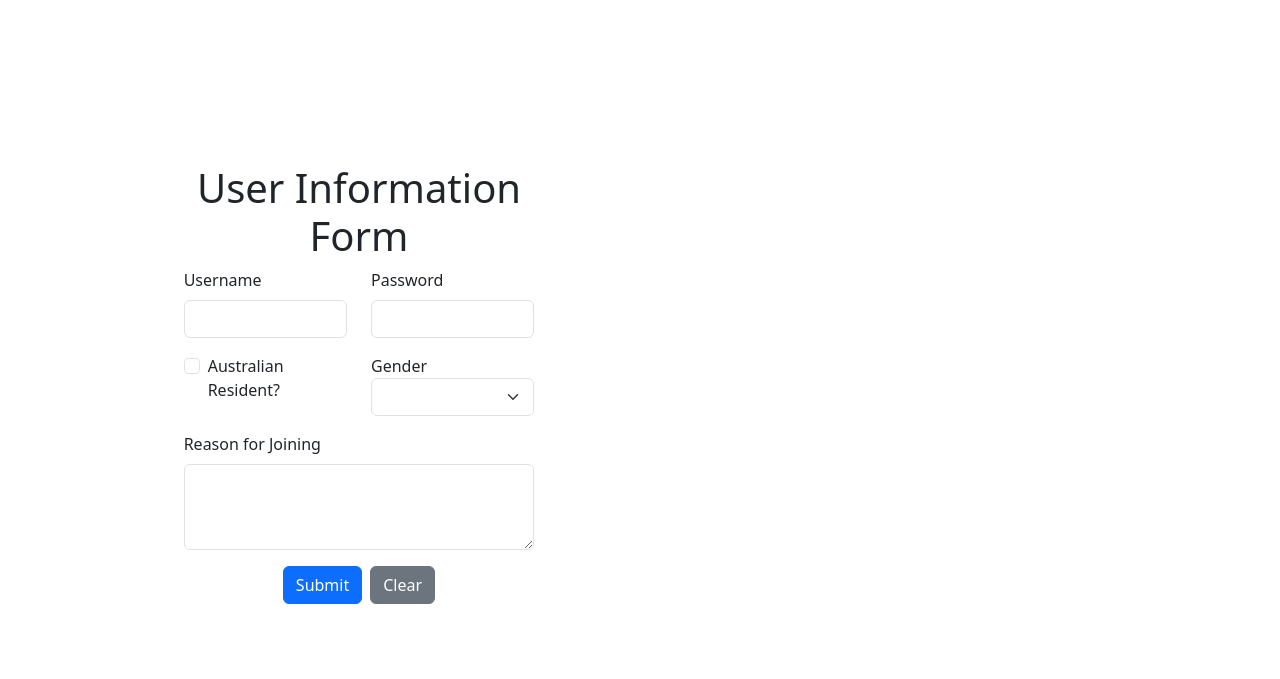
Repository: Andrew-JX/mji-library
Page: /
The author's editor kept a copy of each file at every save. The page is drawn from the files as they stood at one save, then again after the next save.
The browser window is 1280 px wide. The pictures show the whole page.
The project was rebuilt for these pictures with package versions that can differ from the ones it lists, and the page was loaded fresh each time. Also part of the build but not shown: vite.config.js, src/components/JSON.vue.

Above is the page before, as saved 2025-08-12 00:57:50.

### src/main.js
import './assets/main.css'
// import './style.css'
import 'bootstrap/dist/css/bootstrap.min.css'
import { createApp } from 'vue'
import App from './App.vue'

createApp(App).mount('#app')

### src/App.vue
<script setup>
import JSONView from "./components/JSON.vue";
import Form from "./components/Form.vue";
</script>

<template>
  <!-- <JSONView /> -->
  <Form />
</template>

<style scoped>
header {
  line-height: 1.5;
}

.logo {
  display: block;
  margin: 0 auto 2rem;
}

@media (min-width: 1024px) {
  header {
    display: flex;
    place-items: center;
    padding-right: calc(var(--section-gap) / 2);
  }

  .logo {
    margin: 0 2rem 0 0;
  }

  header .wrapper {
    display: flex;
    place-items: flex-start;
    flex-wrap: wrap;
  }
}
</style>

### src/components/Form.vue
<!-- src/components/Form.vue -->
<template>
  <div class="container mt-5">
    <div class="row">
      <div class="col-md-8 offset-md-2">
        <h1 class="text-center">User Information Form</h1>
        <form @submit.prevent="submitForm">

          <div class="row mb-3">
            <div class="col-md-6">
              <label for="username" class="form-label">Username</label>
              <input type="text" class="form-control" id="username" v-model="formData.username">
            </div>

            <div class="col-md-6">
              <label for="password" class="form-label">Password</label>
              <input type="password" class="form-control" id="password" v-model="formData.password">
            </div>
          </div>

          <div class="row mb-3">
            <div class="col-md-6">
              <div class="form-check">
                <input type="checkbox" class="form-check-input" id="isAustralian" v-model="formData.isAustralian">
                <label class="form-check-label" for="isAustralian">Australian Resident?</label>
              </div>
            </div>
            <div class="col-md-6">
              <label for="gender" class="form-Label">Gender</label>
              <select class="form-select" id="gender" v-model="formData.gender">
                <option value="male">Male</option>
                <option value="female">Female</option>
                <option value="other">Other</option>
              </select>
            </div>
          </div>
          <div class="mb-3">
            <label for="reason" class="form-label">Reason for Joining</label>
            <textarea class="form-control" id="reason" rows="3" v-model="formData.reason"></textarea>
          </div>
          <div class="text-center">
            <button type="submit" class="btn btn-primary me-2">Submit</button>
            <button type="button" class="btn btn-secondary" @click="clearForm">Clear</button>
          </div>
        </form>
        <div class="row mt-5" v-if="submittedCards.length">
          <div class="d-flex flex-wrap justify-content-start">
            <div v-for="(card, index) in submittedCards" :key="index" class="card m-2" style="width: 18rem;">
              <div class="card-header">
                User Information
              </div>
              <ul class="list-group list-group-flush">
                <li class="list-group-item">Username: {{ card.username }}</li>
                <li class="list-group-item">Password: {{ card.password }}</li>
                <li class="list-group-item">Australian Resident: {{ card.isAustralian ? 'Yes' : 'No' }}</li>
                <li class="list-group-item">Gender: {{ card.gender }}</li>
                <li class="list-group-item">Reason: {{ card.reason }}</li>
              </ul>
            </div>
          </div>
        </div>
      </div>
    </div>
  </div>
</template>


<script setup>
import { ref } from 'vue';

const formData = ref({
  username: '',
  password: '',
  isAustralian: false,
  reason: '',
  gender: ''
});

const submittedCards = ref([]);

const submitForm = () => {
  submittedCards.value.push({
    ...formData.value
  });
};

const clearForm = () => {
  formData.value = { username: '', password: '', isAustralian: false, reason: '', gender: '' }
}
</script>

<style scoped>
.card {
  border: 1px solid #ccc;
  border-radius: 10px;
  box-shadow: 0 2px 4px rgba(0, 0, 0, 0.1);
}

.card-header {
  background-color: #275FDA;
  color: white;
  padding: 10px;
  border-radius: 10px 10px 0 0;
}

.list-group-item {
  padding: 10px;
}

@media (min-width: 768px) {
  .card-header {
    background-color: #070e20;
  }
}
</style>

Loaded but not shown: index.html (common file); src/assets/main.css (common file); src/assets/base.css (common file)

After the next save:
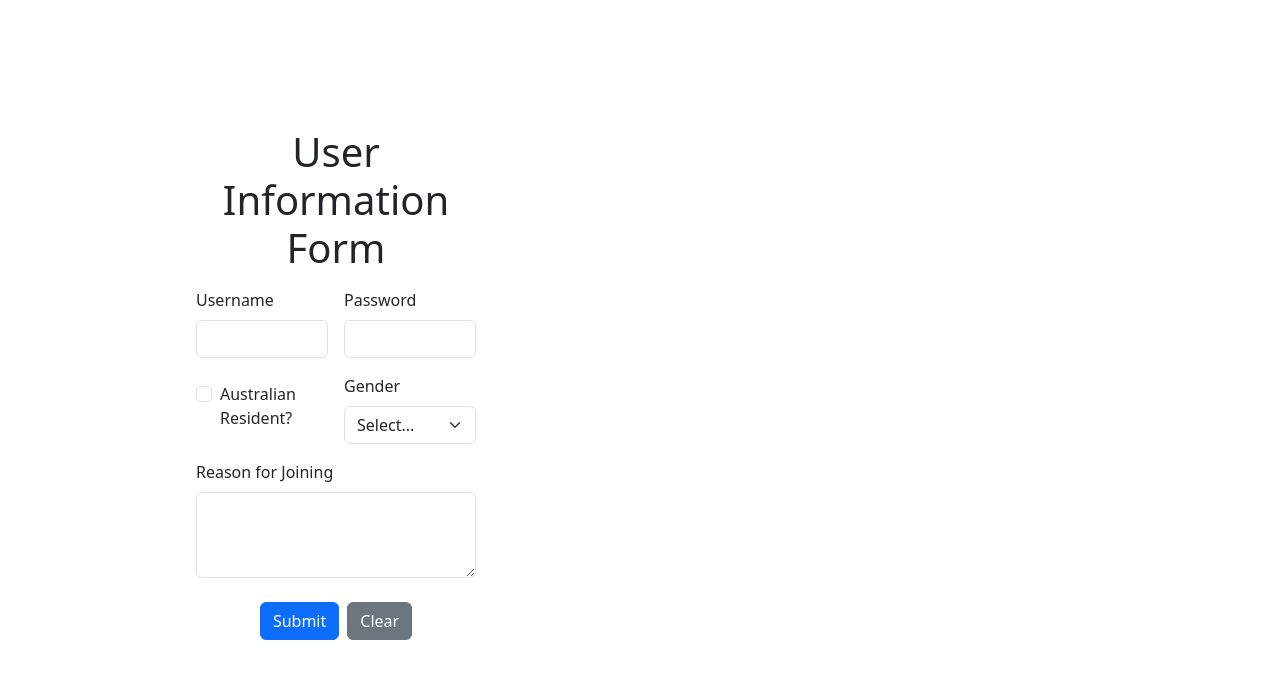
Saved 8 min 11 s later.
--- a/src/components/Form.vue
+++ b/src/components/Form.vue
@@ -2,57 +2,65 @@
 <template>
   <div class="container mt-5">
     <div class="row">
-      <div class="col-md-8 offset-md-2">
-        <h1 class="text-center">User Information Form</h1>
+      <!-- Make it full-width on xs, narrow and centered from sm/md up -->
+      <div class="col-12 col-sm-10 col-md-8 col-lg-6 offset-0 offset-sm-1 offset-md-2 offset-lg-3">
+        <h1 class="text-center mb-3 display-6 display-md-5">User Information Form</h1>
+
         <form @submit.prevent="submitForm">
-
-          <div class="row mb-3">
-            <div class="col-md-6">
+          <!-- Use a responsive form grid: single column on xs, two columns from md up -->
+          <div class="row g-3">
+            <div class="col-12 col-md-6">
               <label for="username" class="form-label">Username</label>
-              <input type="text" class="form-control" id="username" v-model="formData.username">
+              <input type="text" class="form-control" id="username" v-model="formData.username"
+                autocomplete="username" />
             </div>
 
-            <div class="col-md-6">
+            <div class="col-12 col-md-6">
               <label for="password" class="form-label">Password</label>
-              <input type="password" class="form-control" id="password" v-model="formData.password">
+              <input type="password" class="form-control" id="password" v-model="formData.password"
+                autocomplete="new-password" />
             </div>
-          </div>
 
-          <div class="row mb-3">
-            <div class="col-md-6">
-              <div class="form-check">
-                <input type="checkbox" class="form-check-input" id="isAustralian" v-model="formData.isAustralian">
+            <div class="col-12 col-md-6">
+              <div class="form-check mt-2">
+                <input type="checkbox" class="form-check-input" id="isAustralian" v-model="formData.isAustralian" />
                 <label class="form-check-label" for="isAustralian">Australian Resident?</label>
               </div>
             </div>
-            <div class="col-md-6">
-              <label for="gender" class="form-Label">Gender</label>
+
+            <div class="col-12 col-md-6">
+              <label for="gender" class="form-label">Gender</label>
               <select class="form-select" id="gender" v-model="formData.gender">
+                <option value="">Select...</option>
                 <option value="male">Male</option>
                 <option value="female">Female</option>
                 <option value="other">Other</option>
               </select>
             </div>
+
+            <div class="col-12">
+              <label for="reason" class="form-label">Reason for Joining</label>
+              <textarea class="form-control" id="reason" rows="3" v-model="formData.reason"></textarea>
+            </div>
           </div>
-          <div class="mb-3">
-            <label for="reason" class="form-label">Reason for Joining</label>
-            <textarea class="form-control" id="reason" rows="3" v-model="formData.reason"></textarea>
-          </div>
-          <div class="text-center">
+
+          <div class="text-center mt-4">
             <button type="submit" class="btn btn-primary me-2">Submit</button>
             <button type="button" class="btn btn-secondary" @click="clearForm">Clear</button>
           </div>
         </form>
+
+        <!-- Submitted cards -->
         <div class="row mt-5" v-if="submittedCards.length">
           <div class="d-flex flex-wrap justify-content-start">
             <div v-for="(card, index) in submittedCards" :key="index" class="card m-2" style="width: 18rem;">
-              <div class="card-header">
-                User Information
-              </div>
+              <div class="card-header">User Information</div>
               <ul class="list-group list-group-flush">
                 <li class="list-group-item">Username: {{ card.username }}</li>
                 <li class="list-group-item">Password: {{ card.password }}</li>
-                <li class="list-group-item">Australian Resident: {{ card.isAustralian ? 'Yes' : 'No' }}</li>
+                <li class="list-group-item">
+                  Australian Resident: {{ card.isAustralian ? 'Yes' : 'No' }}
+                </li>
                 <li class="list-group-item">Gender: {{ card.gender }}</li>
                 <li class="list-group-item">Reason: {{ card.reason }}</li>
               </ul>
@@ -63,7 +71,6 @@
     </div>
   </div>
 </template>
-
 
 <script setup>
 import { ref } from 'vue';
@@ -79,14 +86,12 @@ const formData = ref({
 const submittedCards = ref([]);
 
 const submitForm = () => {
-  submittedCards.value.push({
-    ...formData.value
-  });
+  submittedCards.value.push({ ...formData.value });
 };
 
 const clearForm = () => {
-  formData.value = { username: '', password: '', isAustralian: false, reason: '', gender: '' }
-}
+  formData.value = { username: '', password: '', isAustralian: false, reason: '', gender: '' };
+};
 </script>
 
 <style scoped>
@@ -106,10 +111,4 @@ const clearForm = () => {
 .list-group-item {
   padding: 10px;
 }
-
-@media (min-width: 768px) {
-  .card-header {
-    background-color: #070e20;
-  }
-}
 </style>
